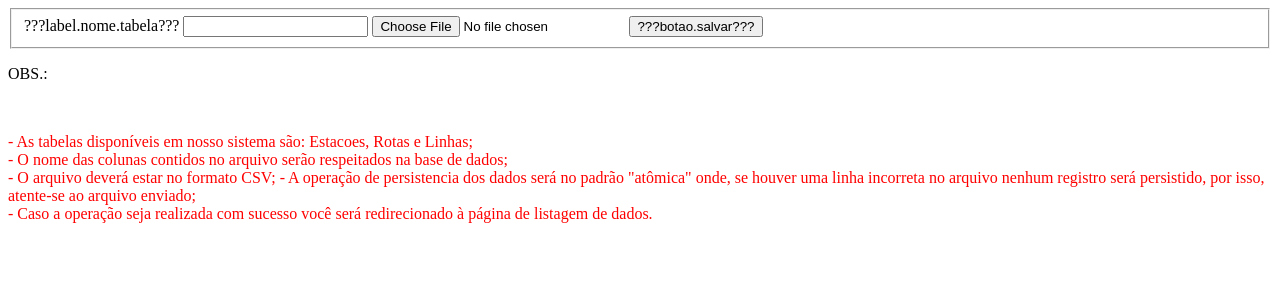
Repository: jonathansds/GIT_Metro-Londres
Page: http://localhost/Metro-Londres/WEB-INF/jsp/dados/trajeto.jsp
These files come from the project's save history. The page is drawn as it stood at one moment and after the next save; the edit follows.
The browser window is 1280 px wide. The pictures show the whole page.
The page is served by Tomcat 9. Nobody is signed in. Other server files are loaded and not shown. The template is opened directly, without the code that normally fills it, so the values that code supplies are empty.

Above is the page before, as saved 2014-05-13 17:04:09.

### Workspace_Metro-Londres/Metro-Londres/WebContent/WEB-INF/jsp/dados/trajeto.jsp
<?xml version="1.0" encoding="ISO-8859-1" ?>
<%@ page language="java" contentType="text/html; charset=ISO-8859-1" pageEncoding="ISO-8859-1"%>
<%@taglib uri="http://java.sun.com/jsp/jstl/core" prefix="c"%>
<%@taglib uri="http://java.sun.com/jsp/jstl/fmt" prefix="fmt"%>

<!DOCTYPE html PUBLIC "-//W3C//DTD XHTML 1.0 Transitional//EN" "http://www.w3.org/TR/xhtml1/DTD/xhtml1-transitional.dtd">
<html xmlns="http://www.w3.org/1999/xhtml"
	xmlns:p="http://primefaces.org/ui">


	<body>
		<form action="<c:url value='/importar' />" method="post" enctype="multipart/form-data">
			<fieldset>
				<label for="estacao1"><fmt:message key='label.nome.tabela' /></label>
				<input id="estacao1" type="text" name="estacaoOrigem" />
			    <input id="arquivo" type="file" name="arquivo" size="50" />
			    <button type="submit" ><fmt:message key='botao.salvar' /></button>
			</fieldset>
		</form>
		<p>OBS.:</p><br />
		<p style="color: red">
			- As tabelas disponíveis em nosso sistema são: Estacoes, Rotas e Linhas; <br />
			- O nome das colunas contidos no arquivo serão respeitados na base de dados; <br/>
			- O arquivo deverá estar no formato CSV;
			- A operação de persistencia dos dados será no padrão "atômica" onde, se houver uma linha incorreta no arquivo nenhum registro será persistido, por isso, atente-se ao arquivo enviado; <br/>
			- Caso a operação seja realizada com sucesso você será redirecionado à página de listagem de dados.
		</p>
	</body>
</html>

After the next save:
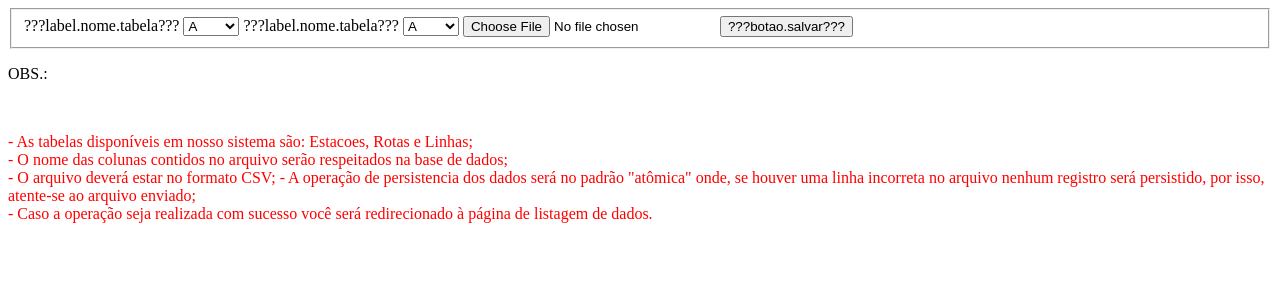
Saved 9 min 7 s later.
--- a/Workspace_Metro-Londres/Metro-Londres/WebContent/WEB-INF/jsp/dados/trajeto.jsp
+++ b/Workspace_Metro-Londres/Metro-Londres/WebContent/WEB-INF/jsp/dados/trajeto.jsp
@@ -12,7 +12,17 @@
 		<form action="<c:url value='/importar' />" method="post" enctype="multipart/form-data">
 			<fieldset>
 				<label for="estacao1"><fmt:message key='label.nome.tabela' /></label>
-				<input id="estacao1" type="text" name="estacaoOrigem" />
+				<select id="estacao1" name="estacaoOrigem">
+				    <option value="A">A</option>
+				    <option value="B">A</option>
+				    <option value="-">Other</option>
+				</select>
+				<label for="estacao2"><fmt:message key='label.nome.tabela' /></label>
+				<select id="estacao2" name="estacaoDestino">
+				    <option value="A">A</option>
+				    <option value="B">A</option>
+				    <option value="-">Other</option>
+				</select>
 			    <input id="arquivo" type="file" name="arquivo" size="50" />
 			    <button type="submit" ><fmt:message key='botao.salvar' /></button>
 			</fieldset>
